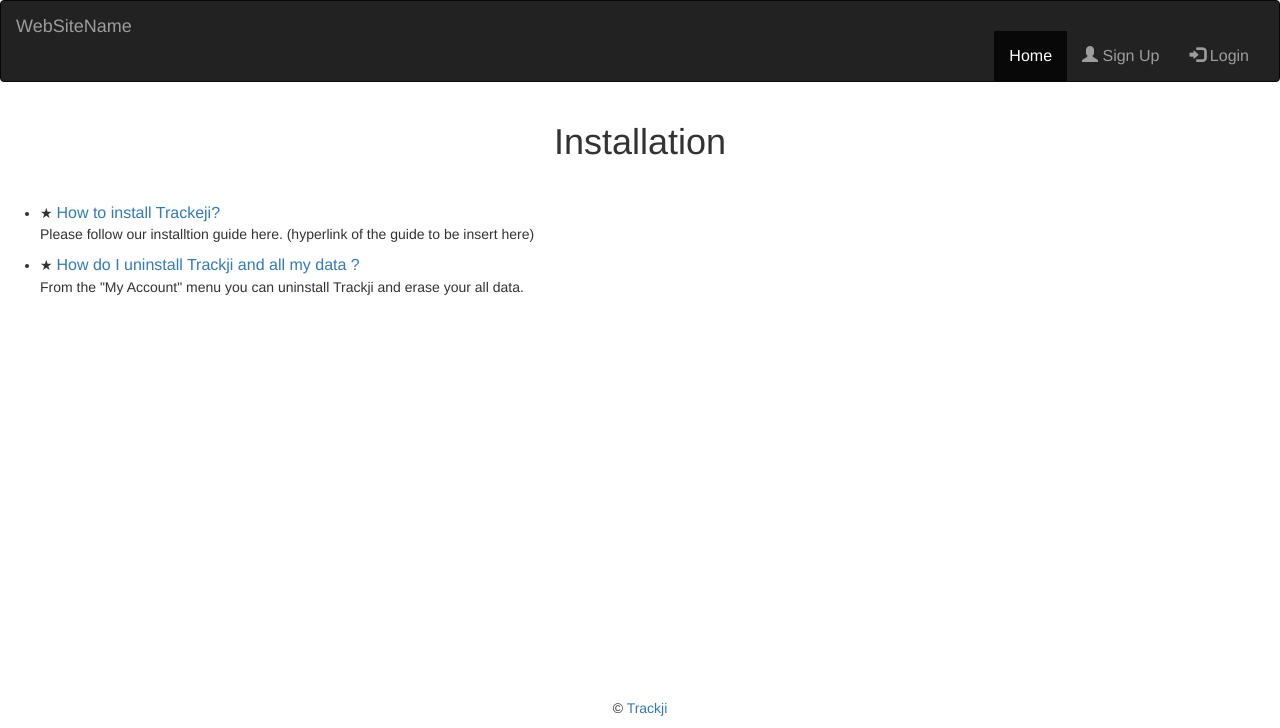
Repository: prathmeshgodbole/Web_Development
Page: Mobile_tracker/Installation.html
An editor plug-in stored every save of this project. The page is shown before and after the next save, followed by the edit.
The browser window is 1280 px wide. The pictures show the whole page.

Above is the page before, as saved 2020-03-08 18:04:26.

After the next save:
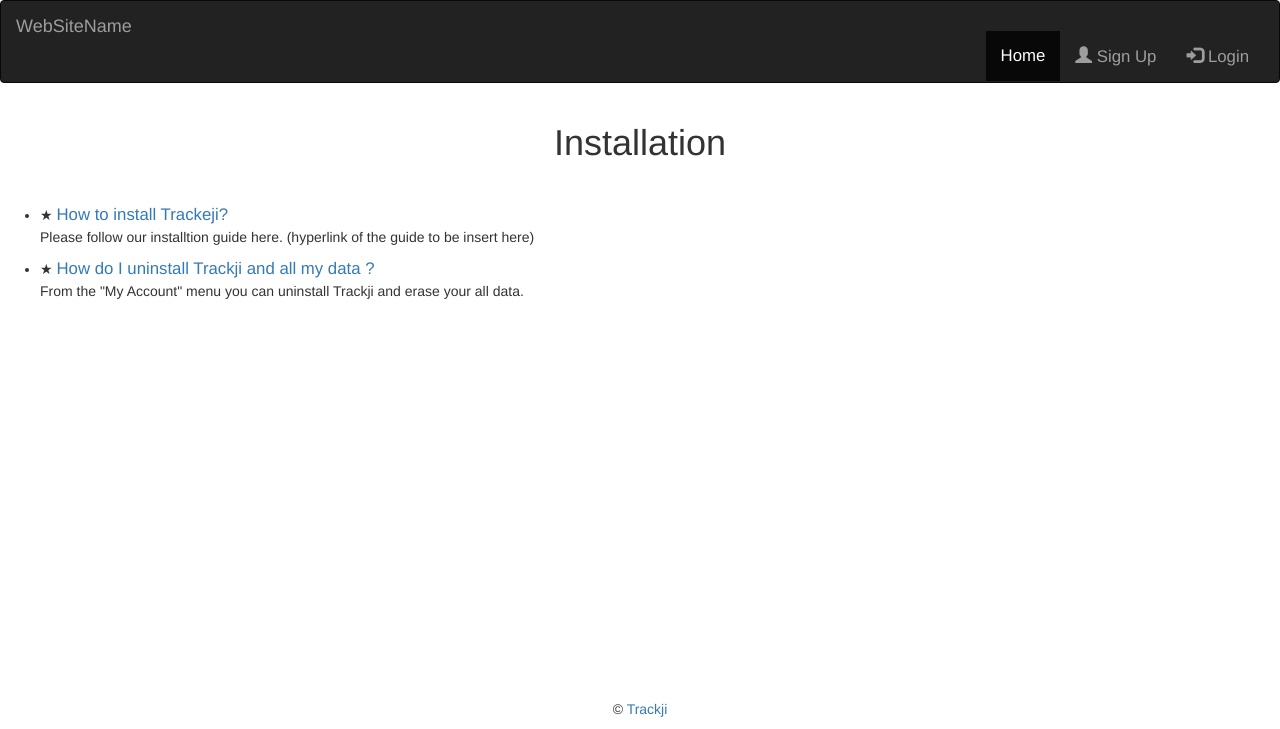
Saved 18 s later.
--- a/Mobile_tracker/css/installation.css
+++ b/Mobile_tracker/css/installation.css
@@ -17,9 +17,8 @@ ul {
 }
 
 ul li a {
-    font-size: large;
+    font-size: larger;
     margin-top: 30px;
-    font-size: medium;
 }
 
 ul li a p {
